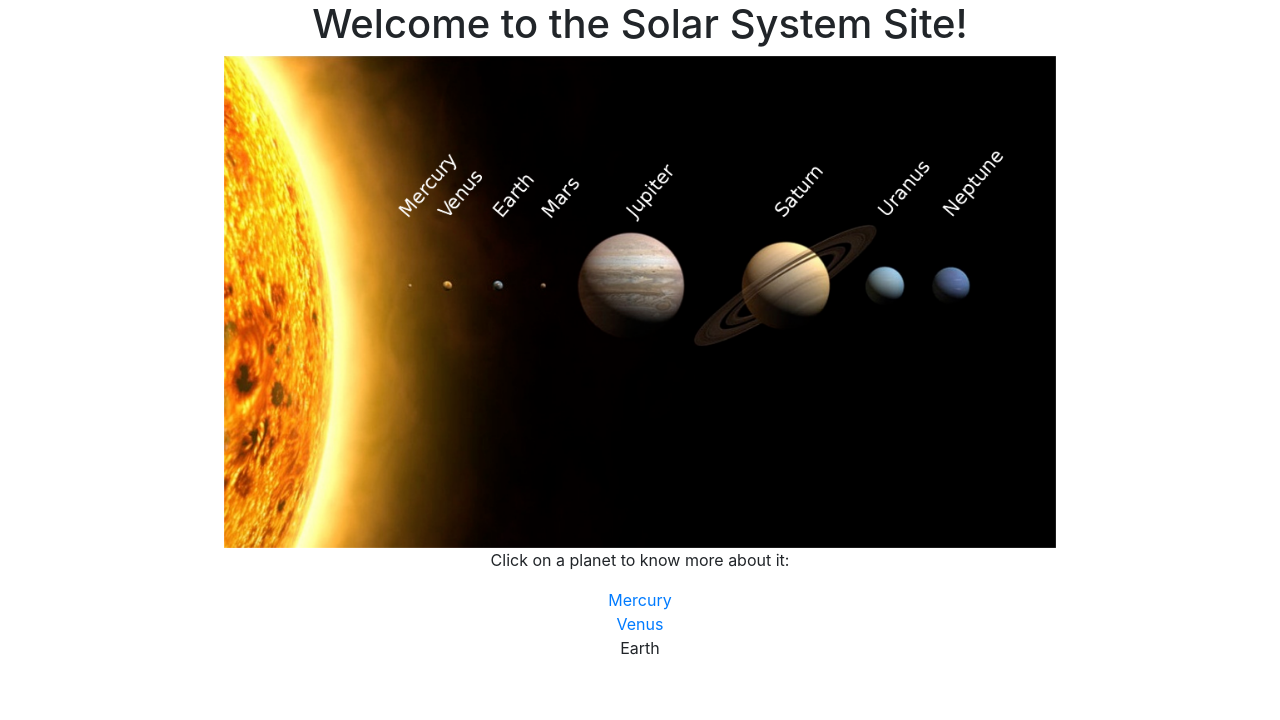
Repository: AdrienBarens/CST336-Lab6
Page: http://localhost/
The author's editor kept a record of every edit. The page is drawn from the files as they stood at one moment, then again after the next edit.
The browser window is 1280 px wide. The pictures show the whole page.
The page is served by the project's Node server (app.js).

Above is the page before.

After the next edit:
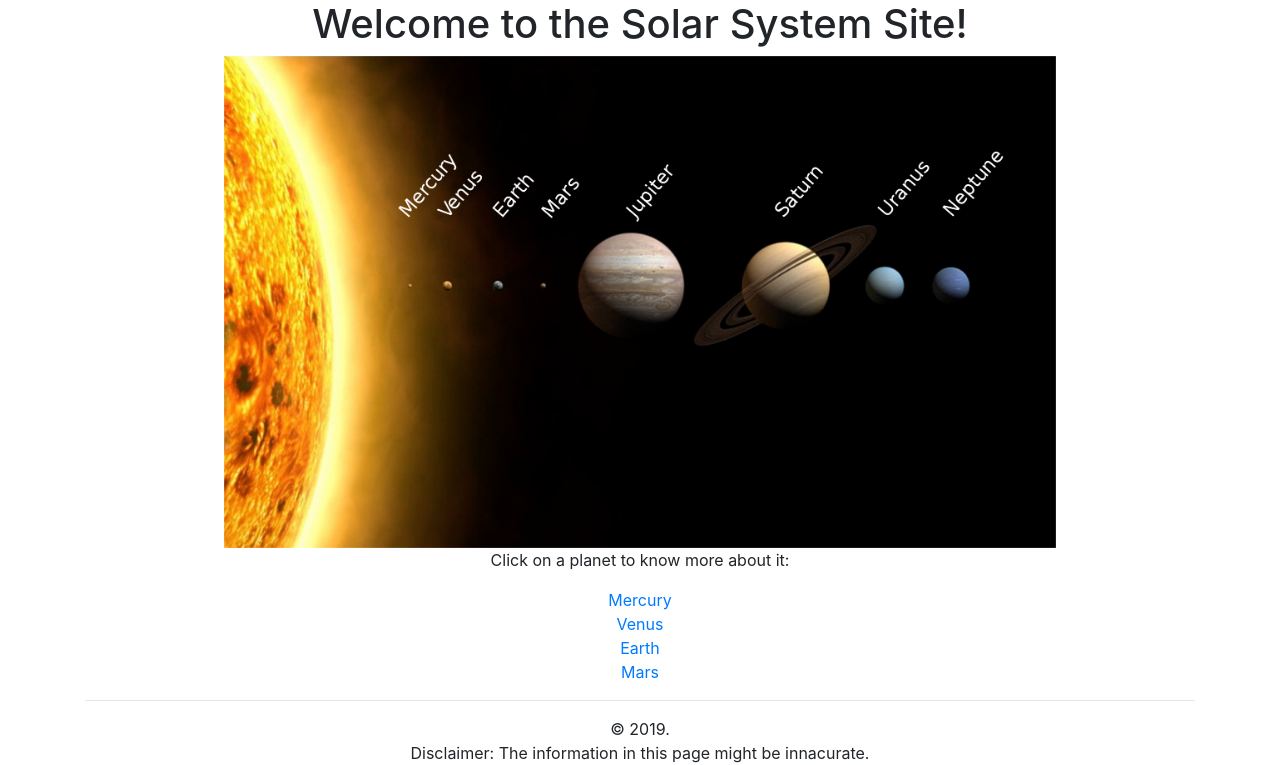
The edit:
--- a/views/index.html
+++ b/views/index.html
@@ -6,7 +6,6 @@
 
         <a href="/mercury"> Mercury </a> <br>
         <a href="/venus"> Venus </a> <br>
-        Earth <br>
-
-    </body>
-</html>
+        <a href="/earth"> Earth </a> <br>
+        <a href="/mars"> Mars </a> <br>
+<%- include('partials/footer.ejs') -%>
